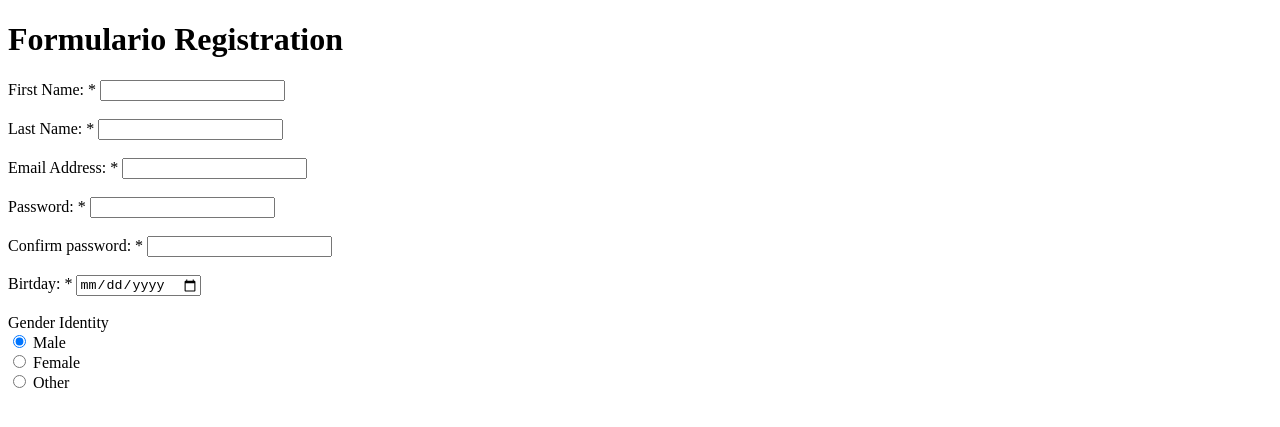
Repository: Fredy452/Fundamentos_de_la_Web
Page: Trabajos/Formulario/index.html
These files come from the project's save history. The page is drawn as it stood at one moment and after the next save; the edit follows.
The browser window is 1280 px wide. The pictures show the whole page.

Above is the page before, as saved 2023-06-14 18:14:33.

### Trabajos/Formulario/index.html
<!DOCTYPE html>
<html lang="en">
<head>
    <meta charset="UTF-8">
    <meta name="viewport" content="width=device-width, initial-scale=1.0">
    <title>Registration Form</title>
</head>
<body>
    <h1>Formulario Registration</h1>
    <form method="post">
        <label for="name">First Name: *</label>
        <input type="text" name="name" id="name">
        <br><br>
        <label for="lastName">Last Name: *</label>
        <input type="text" name="lastName" id="lastName">
        <br><br>
        <label for="email">Email Address: *</label>
        <input type="email" name="email" id="email">
        <br><br>
        <label for="password">Password: *</label>
        <input type="password" name="password" id="password">
        <br><br>
        <label for="confirmPassword">Confirm password: *</label>
        <input type="confirmPassword" name="confirmPassword" id="confirmPassword">
        <br><br>
        <label for="birthday">Birtday: *</label>
        <input type="date" name="birthday" id="birthday">
        <br><br>
        <label>Gender Identity</label><br>
            <input type="radio" name="male" value="male" checked>
            <label for="male">Male</label><br>
            <input type="radio" name="gender" value="female"> Female<br>
            <input type="radio" name="gender" value="other"> Other
    </form>
</body>
</html>

After the next save:
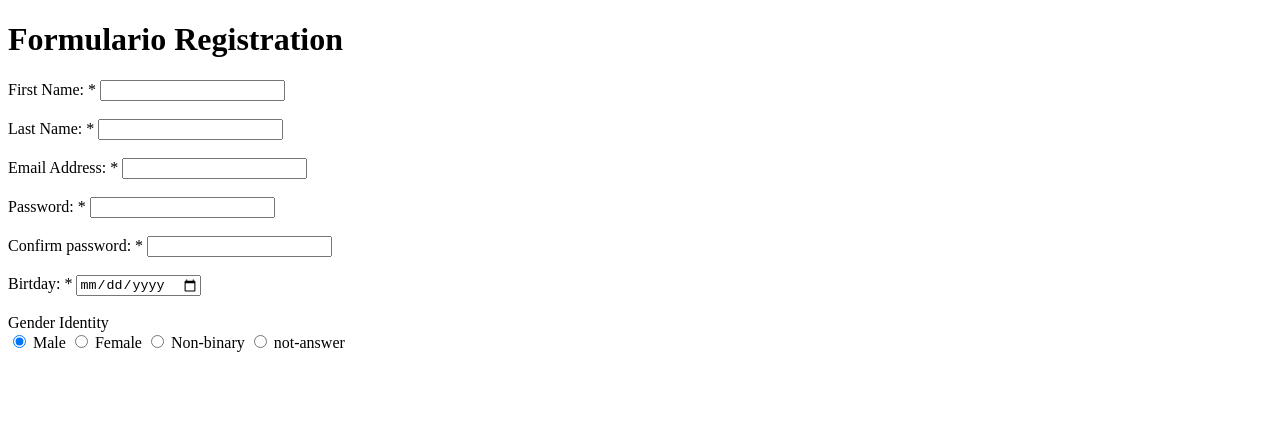
Saved 2 min 4 s later.
--- a/Trabajos/Formulario/index.html
+++ b/Trabajos/Formulario/index.html
@@ -28,9 +28,14 @@
         <br><br>
         <label>Gender Identity</label><br>
             <input type="radio" name="male" value="male" checked>
-            <label for="male">Male</label><br>
-            <input type="radio" name="gender" value="female"> Female<br>
-            <input type="radio" name="gender" value="other"> Other
+            <label for="male">Male</label>
+            <input type="radio" name="female" value="female">
+            <label for="male">Female</label>
+            <input type="radio" name="non-binary" value="other">
+            <label for="male">Non-binary</label>
+            <input type="radio" name="not-answer" value="other">
+            <label for="male">not-answer</label>
+
     </form>
 </body>
 </html>
